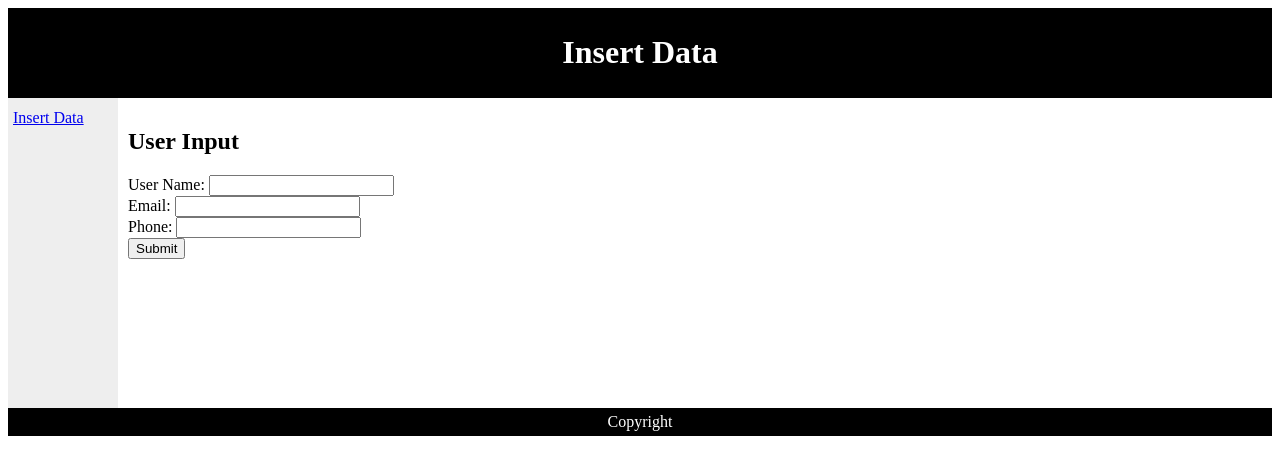
Repository: wthompson2/SoftwareEngineering4830
Page: WeightWatcherWebsiteThompson/WebContent/insert_thompson.html
An editor plug-in stored every save of this project. The page is shown before and after the next save, followed by the edit.
The browser window is 1280 px wide. The pictures show the whole page.

Above is the page before, as saved 2020-02-26 03:55:27.

### WeightWatcherWebsiteThompson/WebContent/insert_thompson.html
<html>
<head>
<style>
header {
    background-color:black;
    color:white;
    text-align:center;
    padding:5px;
}
nav {
    line-height:30px;
    background-color:#eeeeee;
    height:300px;
    width:100px;
    float:left;
    padding:5px;
}
section {
    width:350px;
    float:left;
    padding:10px;
}
footer {
    background-color:black;
    color:white;
    clear:both;
    text-align:center;
    padding:5px;
}
</style>
</head>

<body>
<header>
<h1> Insert Data </h1>
</header>

<nav>
<a href="/WeightWatchersWebsiteThompson/insert_thompson.html">Insert Data</a> <br>
</nav>

<section>
	<h1>User Input</h1>

	<form action="InsertThompson" method="POST">

		User Name: <input type="text" name="userName"> <br />
		Email: <input type="text" name="email"> <br />
		Phone: <input type="text" name="phone"> <br />

		<input type="submit" value="Submit" />
	</form>

</section>

<footer>
Copyright
</footer>
</body>
</html>

After the next save:
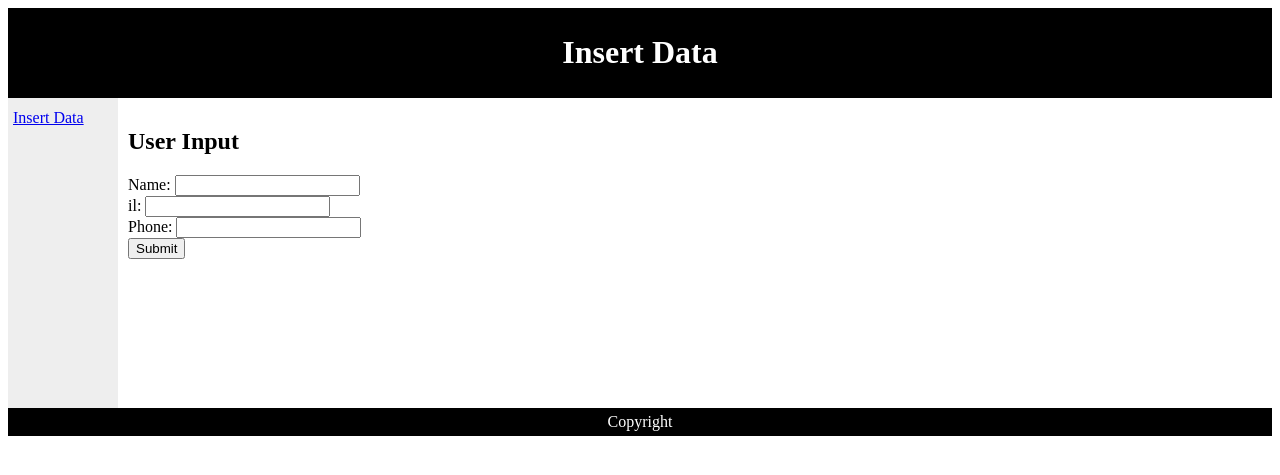
Saved 51 s later.
--- a/WeightWatcherWebsiteThompson/WebContent/insert_thompson.html
+++ b/WeightWatcherWebsiteThompson/WebContent/insert_thompson.html
@@ -44,8 +44,8 @@ footer {
 
 	<form action="InsertThompson" method="POST">
 
-		User Name: <input type="text" name="userName"> <br />
-		Email: <input type="text" name="email"> <br />
+		Name: <input type="text" name="userName"> <br />
+		il: <input type="text" name="email"> <br />
 		Phone: <input type="text" name="phone"> <br />
 
 		<input type="submit" value="Submit" />
